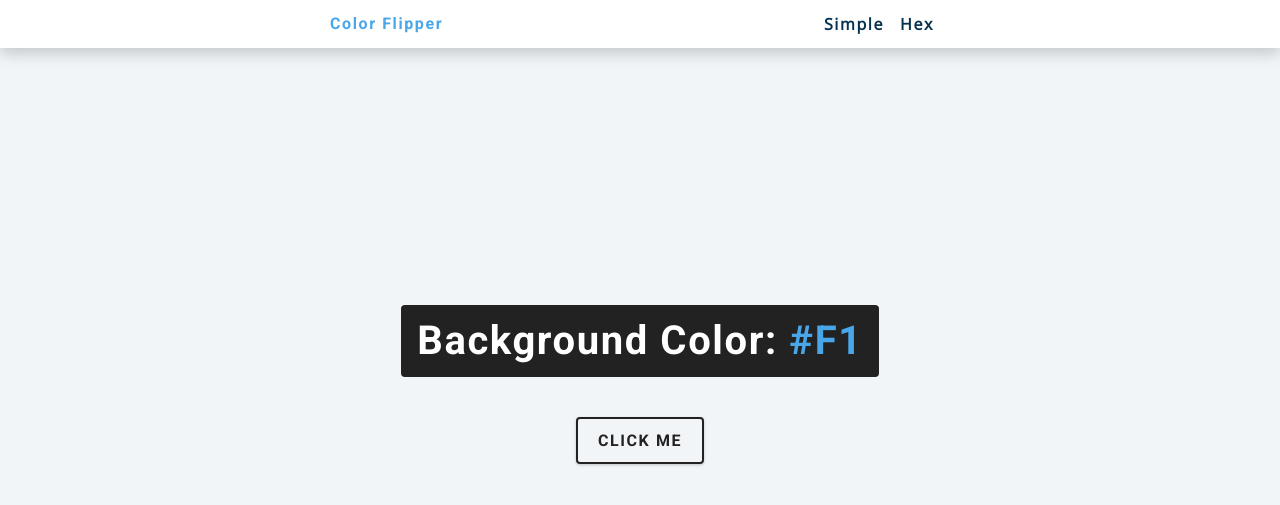
Repository: smit1298/color-changer
Page: index.html
An editor plug-in stored every save of this project. The page is shown before and after a run of saves, followed by the edit.
The browser window is 1280 px wide. The pictures show the whole page.

Above is the page before, as saved 2022-05-02 09:40:28.

### index.html
<!DOCTYPE html>
<html lang="en">

<head>
  <meta charset="UTF-8" />
  <meta name="viewport" content="width=device-width, initial-scale=1.0" />
  <title>Color Flipper || Simple</title>

  <!-- styles -->
  <link rel="stylesheet" href="styles.css" />
</head>

<body>
  <nav>
    <div class="nav-center">
      <h4>color Flipper</h4>
      <ul class="nav-links">
        <li>
          <a href="index.html">simple</a>
        </li>
        <li>
          <a href="hex.html">hex</a>
        </li>
      </ul>
    </div>
  </nav>
  <main>
    <div class="container">
      <h2>background color:
        <span class="color">
          #f1
        </span>
      </h2>
      <button class="btn btn-hero" id="btn">click me</button>
    </div>
  </main>
  <script src="app.js"></script>
</body>

</html>

### styles.css
/*
===============
Fonts
===============
*/
@import url("https://fonts.googleapis.com/css?family=Open+Sans|Roboto:400,700&display=swap");

/*
===============
Variables
===============
*/

:root {
  /* dark shades of primary color*/
  --clr-primary-1: hsl(205, 86%, 17%);
  --clr-primary-2: hsl(205, 77%, 27%);
  --clr-primary-3: hsl(205, 72%, 37%);
  --clr-primary-4: hsl(205, 63%, 48%);
  /* primary/main color */
  --clr-primary-5: hsl(205, 78%, 60%);
  /* lighter shades of primary color */
  --clr-primary-6: hsl(205, 89%, 70%);
  --clr-primary-7: hsl(205, 90%, 76%);
  --clr-primary-8: hsl(205, 86%, 81%);
  --clr-primary-9: hsl(205, 90%, 88%);
  --clr-primary-10: hsl(205, 100%, 96%);
  /* darkest grey - used for headings */
  --clr-grey-1: hsl(209, 61%, 16%);
  --clr-grey-2: hsl(211, 39%, 23%);
  --clr-grey-3: hsl(209, 34%, 30%);
  --clr-grey-4: hsl(209, 28%, 39%);
  /* grey used for paragraphs */
  --clr-grey-5: hsl(210, 22%, 49%);
  --clr-grey-6: hsl(209, 23%, 60%);
  --clr-grey-7: hsl(211, 27%, 70%);
  --clr-grey-8: hsl(210, 31%, 80%);
  --clr-grey-9: hsl(212, 33%, 89%);
  --clr-grey-10: hsl(210, 36%, 96%);
  --clr-white: #fff;
  --clr-red-dark: hsl(360, 67%, 44%);
  --clr-red-light: hsl(360, 71%, 66%);
  --clr-green-dark: hsl(125, 67%, 44%);
  --clr-green-light: hsl(125, 71%, 66%);
  --clr-black: #222;
  --ff-primary: "Roboto", sans-serif;
  --ff-secondary: "Open Sans", sans-serif;
  --transition: all 0.3s linear;
  --spacing: 0.1rem;
  --radius: 0.25rem;
  --light-shadow: 0 5px 15px rgba(0, 0, 0, 0.1);
  --dark-shadow: 0 5px 15px rgba(0, 0, 0, 0.2);
  --max-width: 1170px;
  --fixed-width: 620px;
}
/*
===============
Global Styles
===============
*/

*,
::after,
::before {
  margin: 0;
  padding: 0;
  box-sizing: border-box;
}
body {
  font-family: var(--ff-secondary);
  background: var(--clr-grey-10);
  color: var(--clr-grey-1);
  line-height: 1.5;
  font-size: 0.875rem;
}
ul {
  list-style-type: none;
}
a {
  text-decoration: none;
}
h1,
h2,
h3,
h4 {
  letter-spacing: var(--spacing);
  text-transform: capitalize;
  line-height: 1.25;
  margin-bottom: 0.75rem;
  font-family: var(--ff-primary);
}
h1 {
  font-size: 3rem;
}
h2 {
  font-size: 2rem;
}
h3 {
  font-size: 1.25rem;
}
h4 {
  font-size: 0.875rem;
}
p {
  margin-bottom: 1.25rem;
  color: var(--clr-grey-5);
}
@media screen and (min-width: 800px) {
  h1 {
    font-size: 4rem;
  }
  h2 {
    font-size: 2.5rem;
  }
  h3 {
    font-size: 1.75rem;
  }
  h4 {
    font-size: 1rem;
  }
  body {
    font-size: 1rem;
  }
  h1,
  h2,
  h3,
  h4 {
    line-height: 1;
  }
}
/*  global classes */

/* section */
.section {
  padding: 5rem 0;
}

.section-center {
  width: 90vw;
  margin: 0 auto;
  max-width: 1170px;
}
@media screen and (min-width: 992px) {
  .section-center {
    width: 95vw;
  }
}
main {
  min-height: 100vh;
  display: grid;
  place-items: center;
}

/*
===============
Nav
===============
*/
nav {
  background: var(--clr-white);
  height: 3rem;
  display: grid;
  align-items: center;
  box-shadow: var(--dark-shadow);
}
.nav-center {
  width: 90vw;
  max-width: var(--fixed-width);
  margin: 0 auto;
  display: flex;
  align-items: center;
  justify-content: space-between;
}
.nav-center h4 {
  margin-bottom: 0;
  color: var(--clr-primary-5);
}
.nav-links {
  display: flex;
}
nav a {
  text-transform: capitalize;
  font-weight: 700;
  font-size: 1rem;
  color: var(--clr-primary-1);
  letter-spacing: var(--spacing);
  margin-right: 1rem;
}
nav a:hover {
  color: var(--clr-primary-5);
}
/*
===============
Container
===============
*/
main {
  min-height: calc(100vh - 3rem);
  display: grid;
  place-items: center;
}
.container {
  text-align: center;
}
.container h2 {
  background: var(--clr-black);
  color: var(--clr-white);
  padding: 1rem;
  border-radius: var(--radius);
  margin-bottom: 2.5rem;
}
.color {
  color: var(--clr-primary-5);
}
.btn-hero {
  font-family: var(--ff-primary);
  text-transform: uppercase;
  background: transparent;
  color: var(--clr-black);
  letter-spacing: var(--spacing);
  display: inline-block;
  font-weight: 700;
  transition: var(--transition);
  border: 2px solid var(--clr-black);
  cursor: pointer;
  box-shadow: 0 1px 3px rgba(0, 0, 0, 0.2);
  border-radius: var(--radius);
  font-size: 1rem;
  padding: 0.75rem 1.25rem;
}
.btn-hero:hover {
  color: var(--clr-white);
  background: var(--clr-black);
}

Loaded but not shown: app.js (common file)

After the next 2 saves:
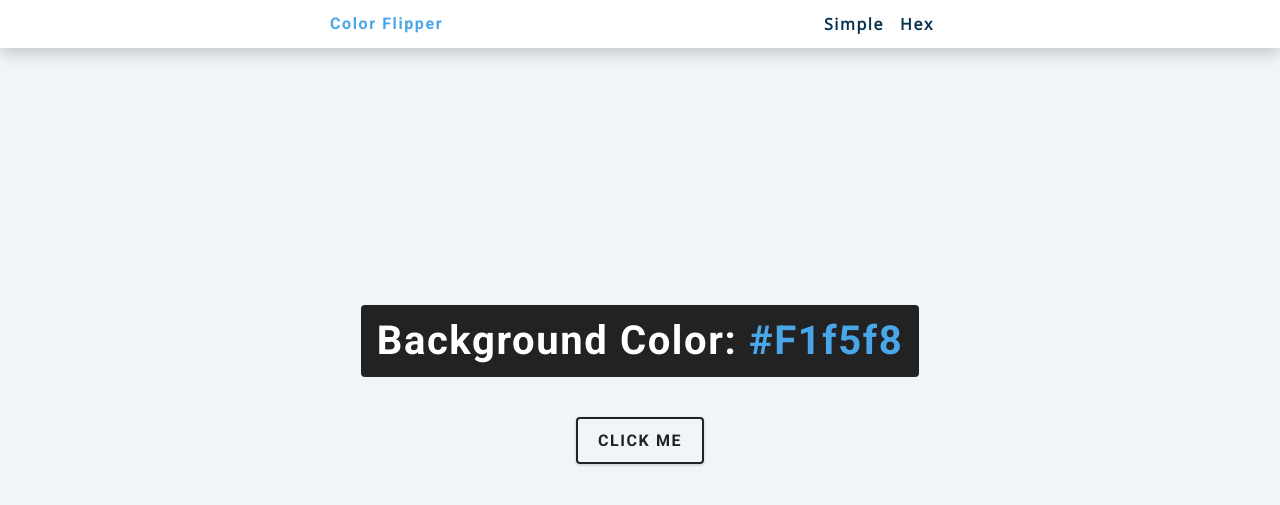
The 2 saves are shown as one change because they came seconds apart.
The last was saved 6 s later.
--- a/index.html
+++ b/index.html
@@ -28,7 +28,7 @@
     <div class="container">
       <h2>background color:
         <span class="color">
-          #f1
+          #f1f5f8
         </span>
       </h2>
       <button class="btn btn-hero" id="btn">click me</button>
